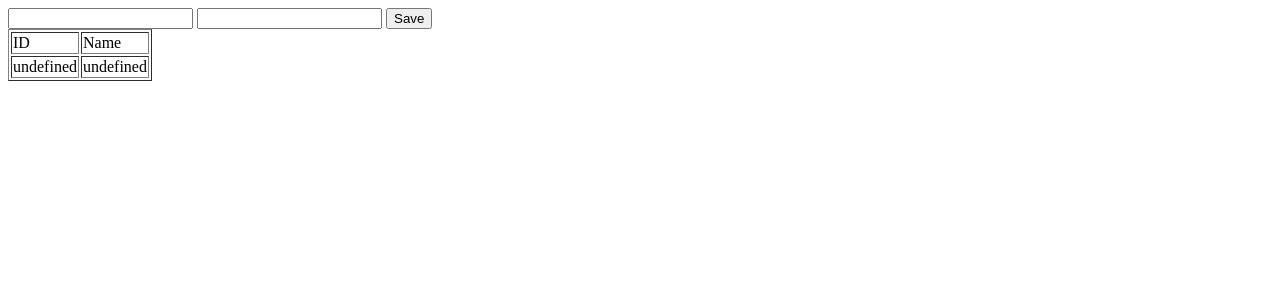
Repository: minhtuan16/JS-Basic
Page: JavaScript Begin/htmldom.html
An editor plug-in stored every save of this project. The page is shown before and after the next save, followed by the edit.
The browser window is 1280 px wide. The pictures show the whole page.

Above is the page before, as saved 2022-06-03 19:34:03.

After the next save:
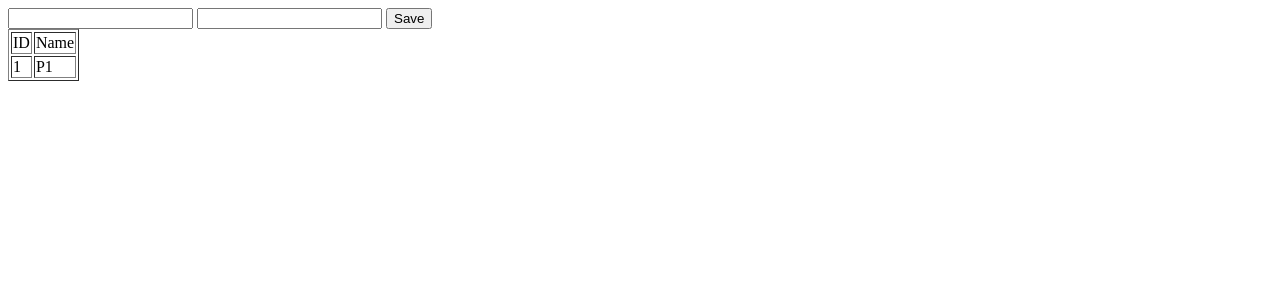
Saved 22 s later.
--- a/JavaScript Begin/htmldom.html
+++ b/JavaScript Begin/htmldom.html
@@ -44,7 +44,7 @@
             var tableBody = document.getElementById("tableBody");
             tableBody.appendChild(tr);
         }
-        drawTr(data);
+        drawTr(data[0]);
     </script>
 </body>
 </html>
